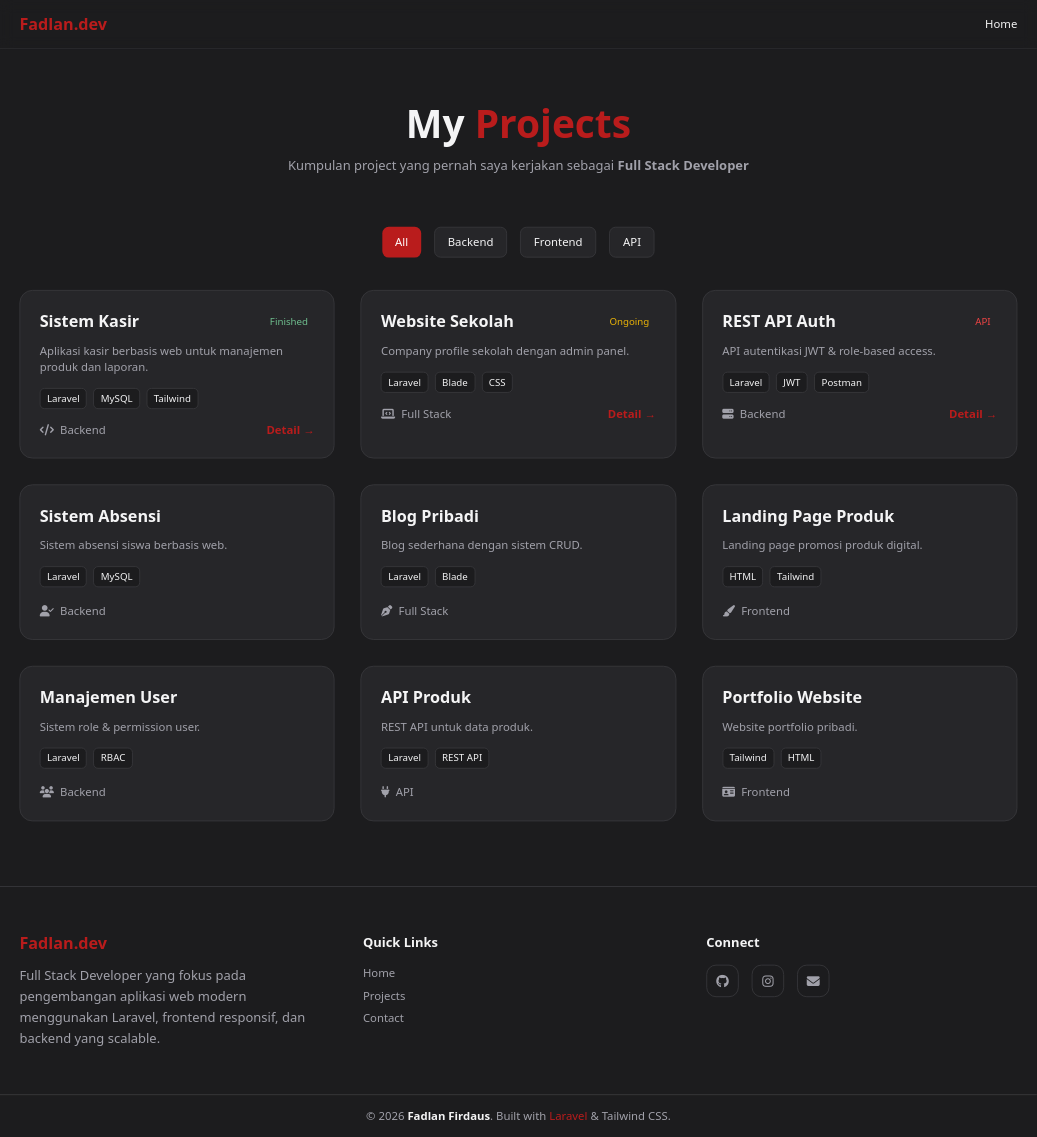
Repository: Fadlan079/Personal-Portfolio
Page: http://localhost/project
These files come from the project's save history. The page is drawn as it stood at one moment and after the next save; the edit follows.
The browser window is 1280 px wide. The pictures show the whole page, at 81% of full size.
Some web libraries are served in a nearby version. The page is served by the project's Laravel application, run on PHP 8.4 with Laravel 12.

Above is the page before, as saved 2026-01-15 09:01:41.

After the next save:
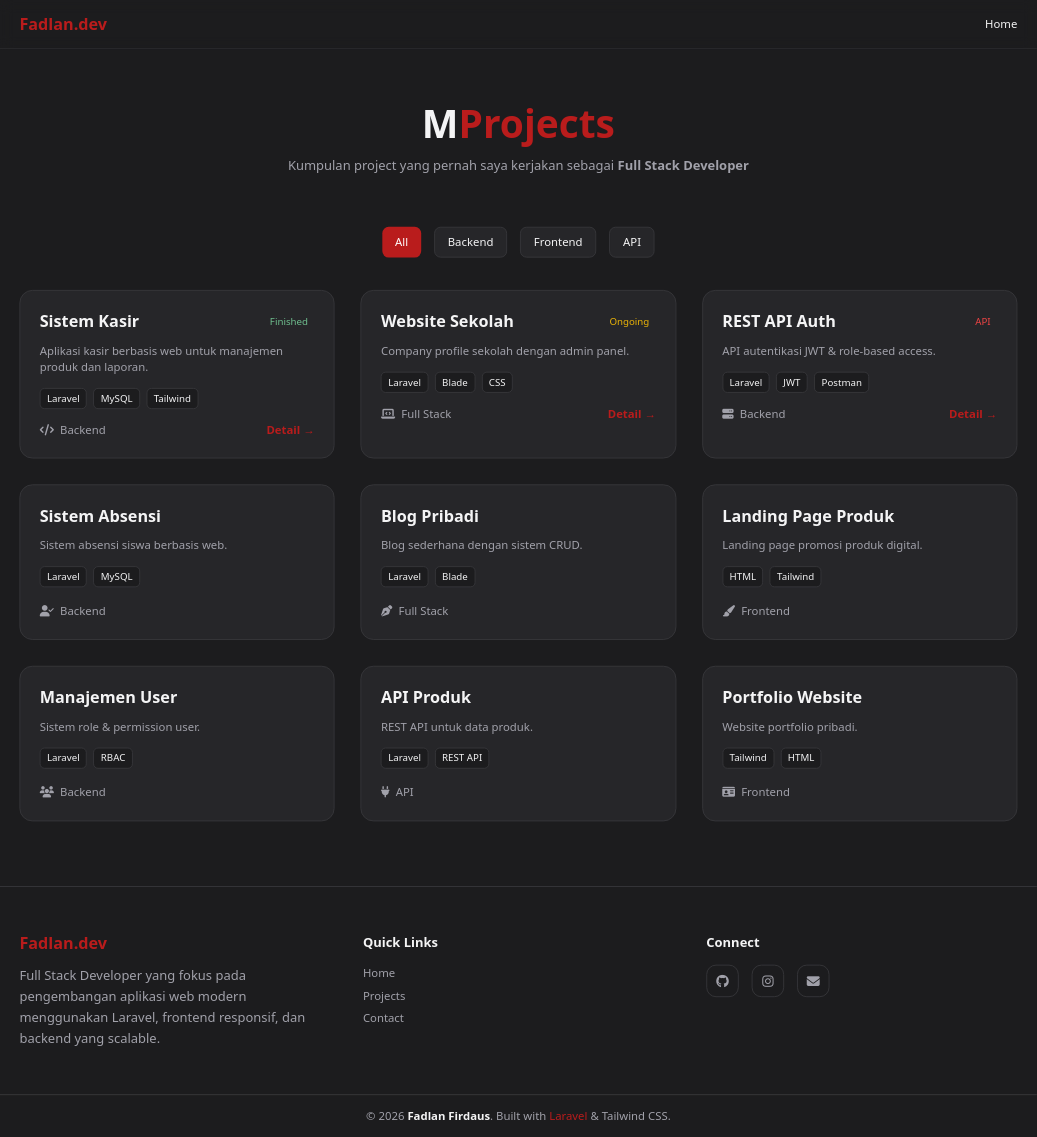
Saved 79 s later.
--- a/resources/views/project.blade.php
+++ b/resources/views/project.blade.php
@@ -111,7 +111,7 @@
 <!-- Header -->
 <header class="pt-32 pb-16 text-center">
   <h1 class="text-4xl md:text-5xl font-extrabold mb-4">
-    My <span class="text-primary">Projects</span>
+    M<span class="text-primary">Projects</span>
   </h1>
   <p class="text-muted max-w-2xl mx-auto">
     Kumpulan project yang pernah saya kerjakan sebagai
